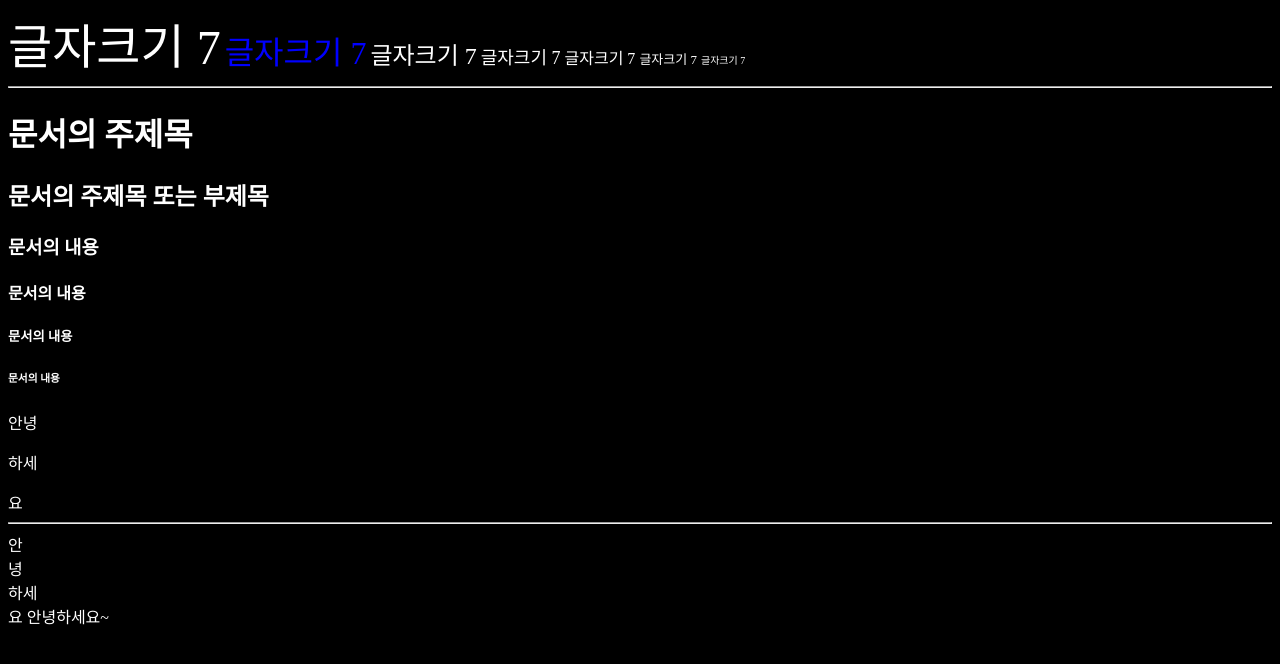
Repository: sjh86/html-day01
Page: html/day01.html
The author's editor kept a copy of each file at every save. The page is drawn from the files as they stood at one save, then again after the next save.
The browser window is 1280 px wide. The pictures show the whole page.

Above is the page before, as saved 2021-10-04 05:03:43.

After the next save:
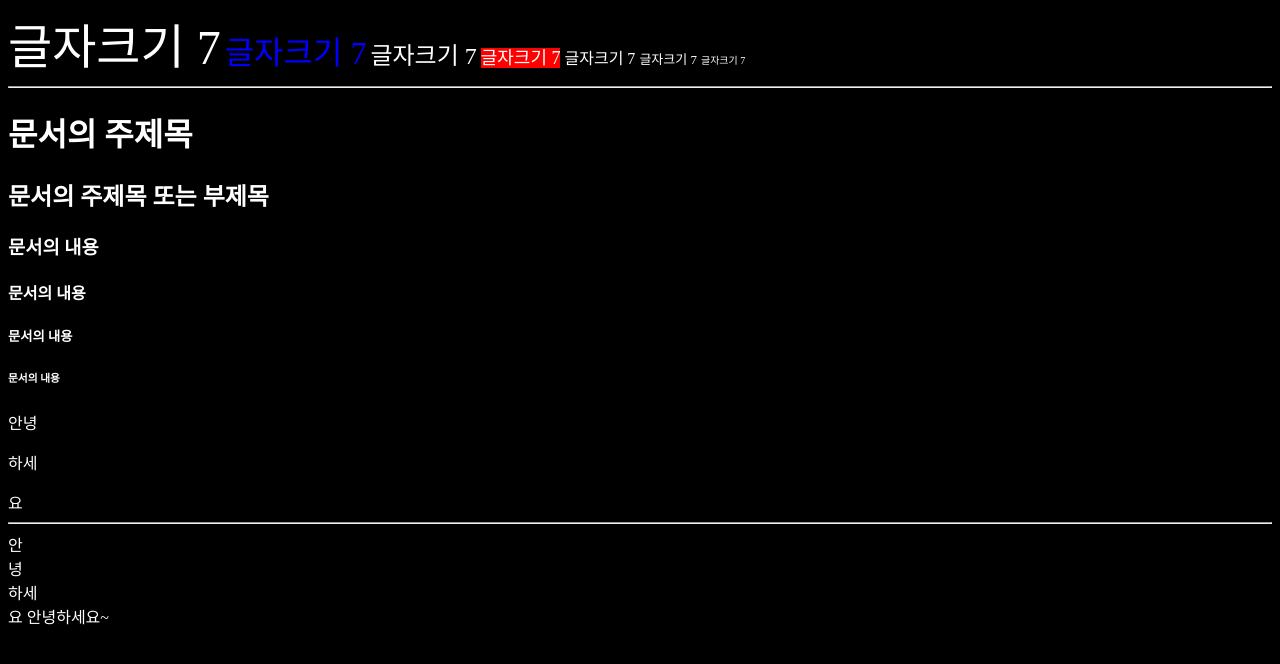
Saved 5 min 53 s later.
--- a/html/day01.html
+++ b/html/day01.html
@@ -9,7 +9,7 @@
 <font size = "7">글자크기 7</font>
 <font size = "6" face="궁서체" color = "blue">글자크기 7</font>
 <font size = "5">글자크기 7</font>
-<font size = "4">글자크기 7</font>
+<font size = "4" style="background-color: red;">글자크기 7</font>
 <font size = "3">글자크기 7</font>
 <font size = "2">글자크기 7</font>
 <font size = "1">글자크기 7</font>
